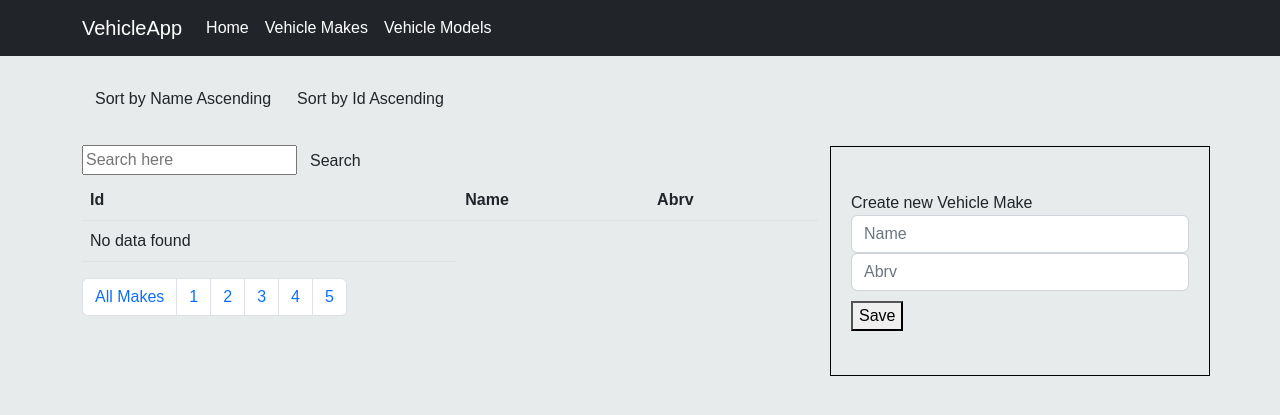
Repository: magdalenarajic/VehicleFrontend
Page: /Makes
These files come from the project's save history. The page is drawn as it stood at one moment and after the next save; the edit follows.
The browser window is 1280 px wide. The pictures show the whole page.
The page's requests for data from a server got no answer. The project was rebuilt for these pictures with package versions that can differ from the ones it lists, and the page was loaded fresh each time. No one was signed in, and anything a server would have sent is missing. Also part of the build but not shown: src/components/Home.js, src/services/modelService.js, src/stores/modelStore.js, src/components/VehicleModel.js.

Above is the page before, as saved 2023-03-11 10:56:19.

After the next save:
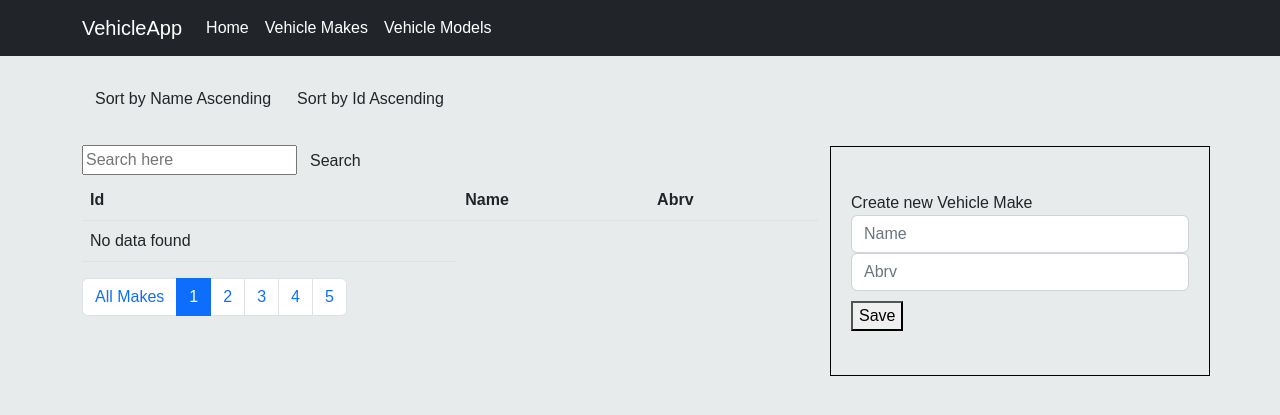
Saved 13 min 0 s later.
--- a/src/components/VehicleMake.js
+++ b/src/components/VehicleMake.js
@@ -178,7 +178,7 @@
                     <Pagination.Item onClick={() => handleGetData()}>
                       All Makes
                     </Pagination.Item>
-                    <Pagination.Item
+                    <Pagination.Item active
                       value={pageNumber}
                       onClick={() => handlePagedData(1, 3)}
                     >

After the save that followed:
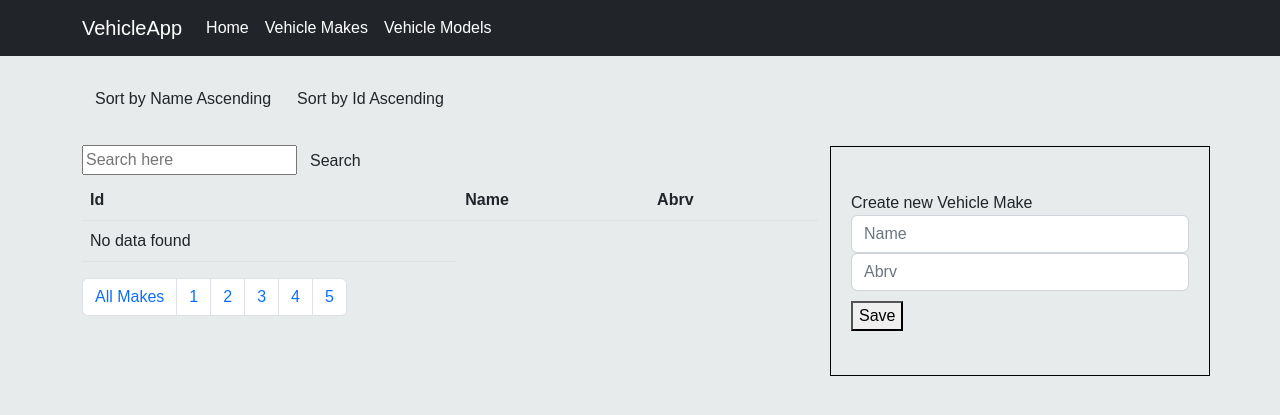
Saved 50 s later.
--- a/src/components/VehicleMake.js
+++ b/src/components/VehicleMake.js
@@ -178,7 +178,7 @@
                     <Pagination.Item onClick={() => handleGetData()}>
                       All Makes
                     </Pagination.Item>
-                    <Pagination.Item active
+                    <Pagination.Item
                       value={pageNumber}
                       onClick={() => handlePagedData(1, 3)}
                     >
